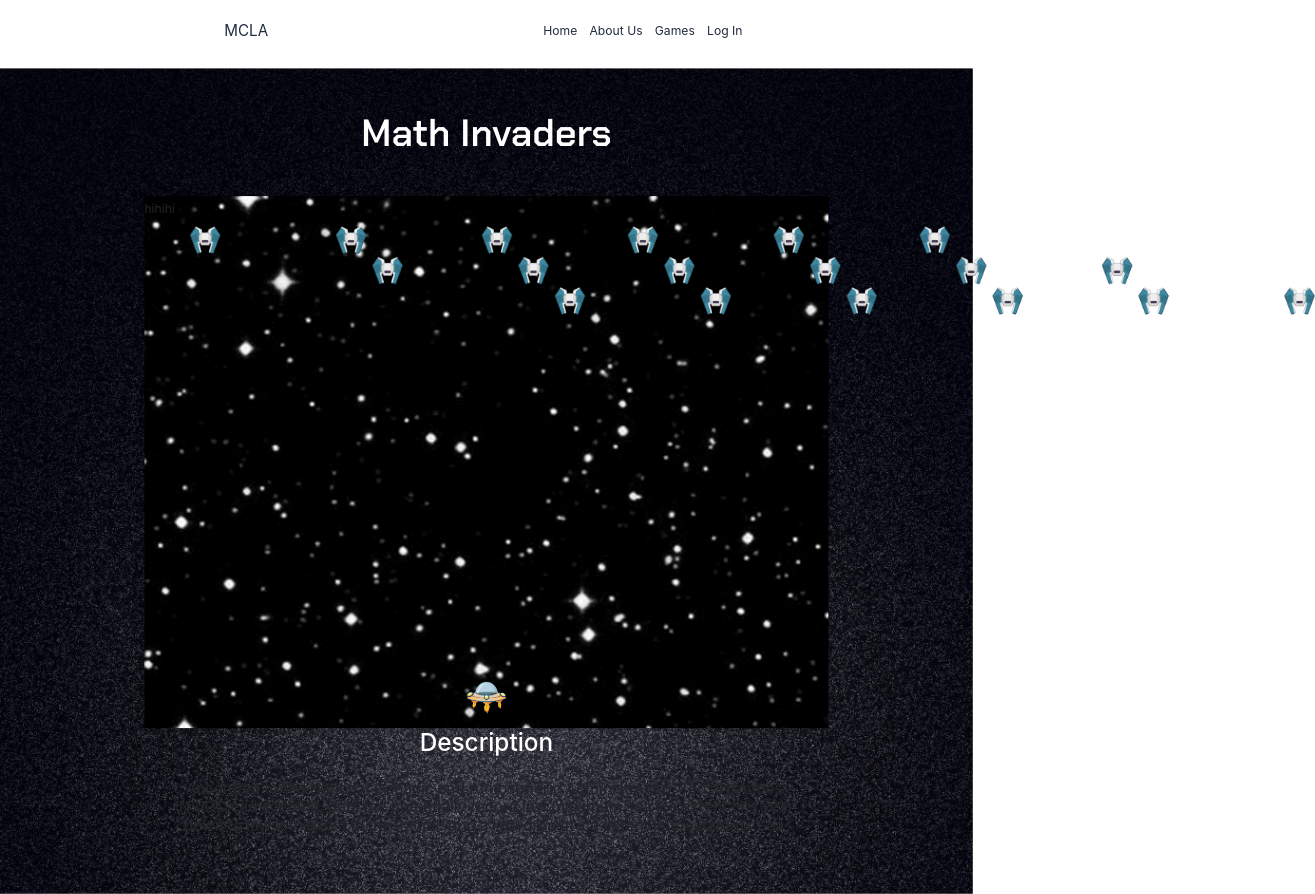
Repository: kkyler24/MathInvader
Page: index.html
The author's editor kept a copy of each file at every save. The page is drawn from the files as they stood at one save, then again after the next save.
The browser window is 1280 px wide. The page is 1730 px wide, so the pictures cover 1730 px, including what lies to the right of the window. The pictures show the whole page, at 76% of full size.
Some web libraries are served in a nearby version.

Above is the page before, as saved 2020-07-20 15:11:09.

After the next save:
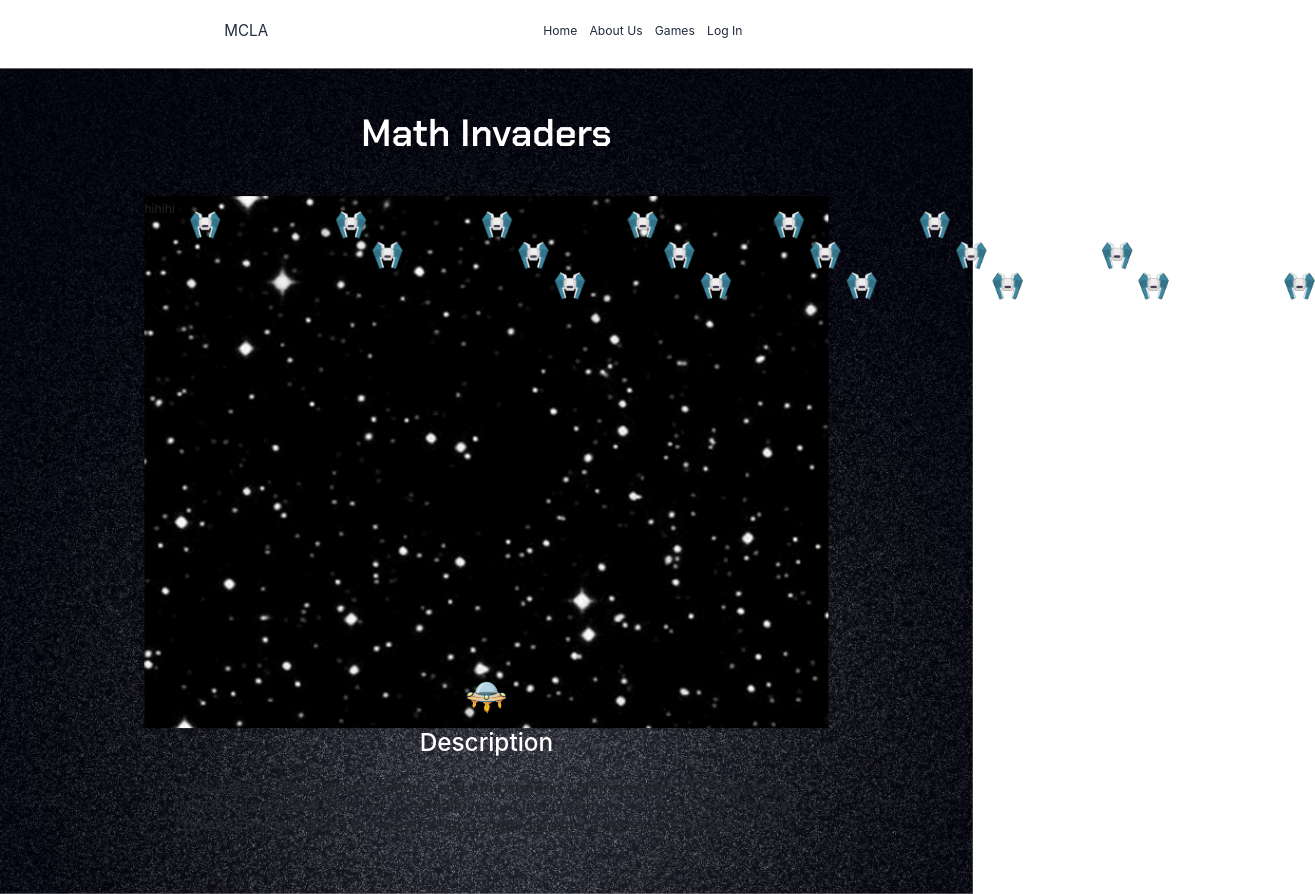
Saved 11 s later.
--- a/jsFolder/game.js
+++ b/jsFolder/game.js
@@ -15,7 +15,7 @@ const LASER_COOLDOWN = 0.5;
 const TOKENS_PER_ROW = 10;
 const ENEMIES_PER_ROW = 6;
 const ENEMY_HORIZONTAL_PADDING = 20;
-const ENEMY_VERTICAL_PADDING = 40;
+const ENEMY_VERTICAL_PADDING = 20;
 const ENEMY_VERTICAL_SPACING = 40;
 const ENEMY_COOLDOWN = 5.0;
 // contains entire state of game which included position of player, lasers and enemies on screen.
